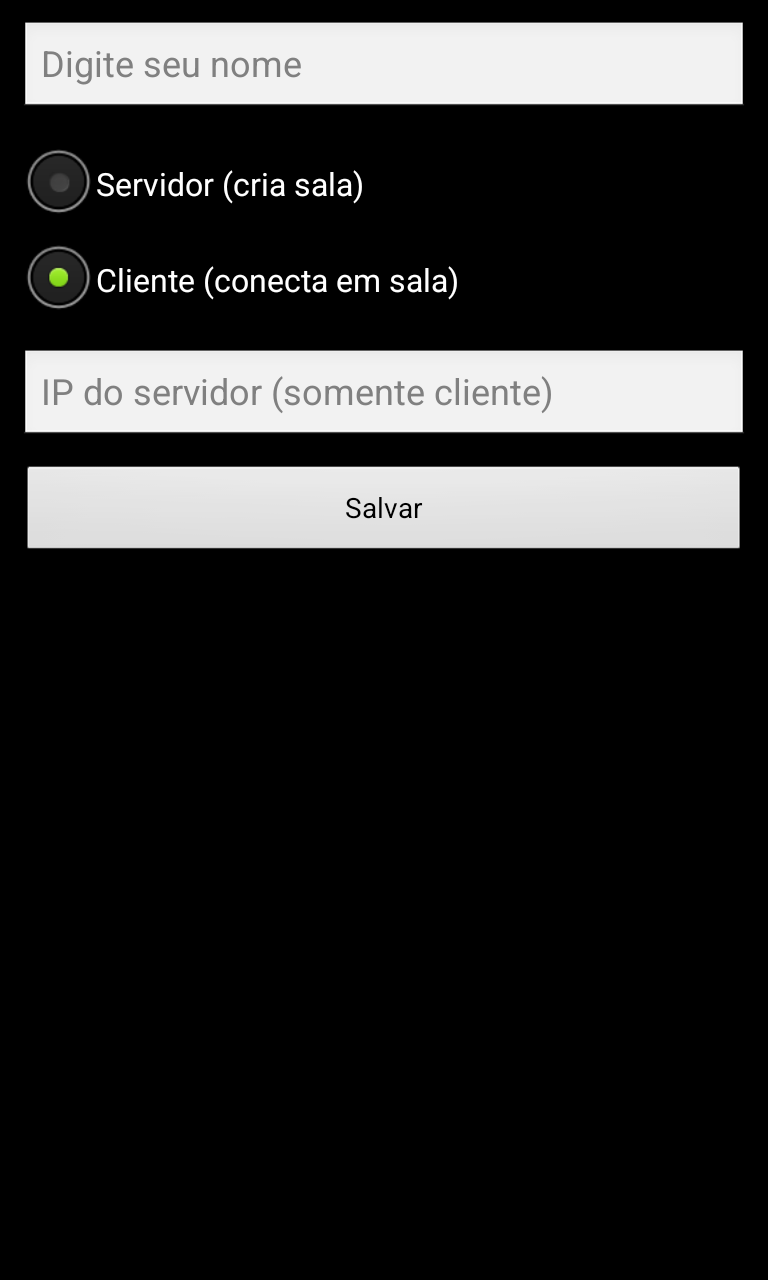
Repository: JoelmirMoura/AppMensagem
Layout: Mensagem/res/layout/config.xml
An editor plug-in stored every save of this project. The layout is shown before and after the next save, followed by the edit.
It is drawn on a 768 x 1280 px phone screen (xhdpi) without system bars, with theme android:Theme; the app's code is not run.

Above is the layout before, as saved 2026-04-27 21:51:41.

### Mensagem/res/layout/config.xml
<LinearLayout xmlns:android="http://schemas.android.com/apk/res/android"
    android:orientation="vertical"
    android:padding="10dp"
    android:layout_width="fill_parent"
    android:layout_height="fill_parent">

    <!-- NOME -->
    <EditText
        android:id="@+id/editNome"
        android:layout_width="fill_parent"
        android:layout_height="wrap_content"
        android:hint="Digite seu nome"
        android:inputType="textPersonName" />

    <!-- MODO -->
    <RadioGroup
        android:id="@+id/radioModo"
        android:layout_width="fill_parent"
        android:layout_height="wrap_content"
        android:paddingTop="10dp">

        <RadioButton
            android:id="@+id/radioServer"
            android:layout_width="wrap_content"
            android:layout_height="wrap_content"
            android:text="Servidor (cria sala)" />

        <RadioButton
            android:id="@+id/radioClient"
            android:layout_width="wrap_content"
            android:layout_height="wrap_content"
            android:text="Cliente (conecta em sala)"
            android:checked="true" />

    </RadioGroup>

    <!-- IP DO SERVIDOR -->
    <EditText
        android:id="@+id/editIp"
        android:layout_width="fill_parent"
        android:layout_height="wrap_content"
        android:hint="IP do servidor (somente cliente)"
        android:inputType="text"
        android:layout_marginTop="10dp" />

    <!-- BOTÃO -->
    <Button
        android:id="@+id/btnSalvar"
        android:layout_width="fill_parent"
        android:layout_height="wrap_content"
        android:text="Salvar"
        android:layout_marginTop="10dp" />

</LinearLayout>

After the next save:
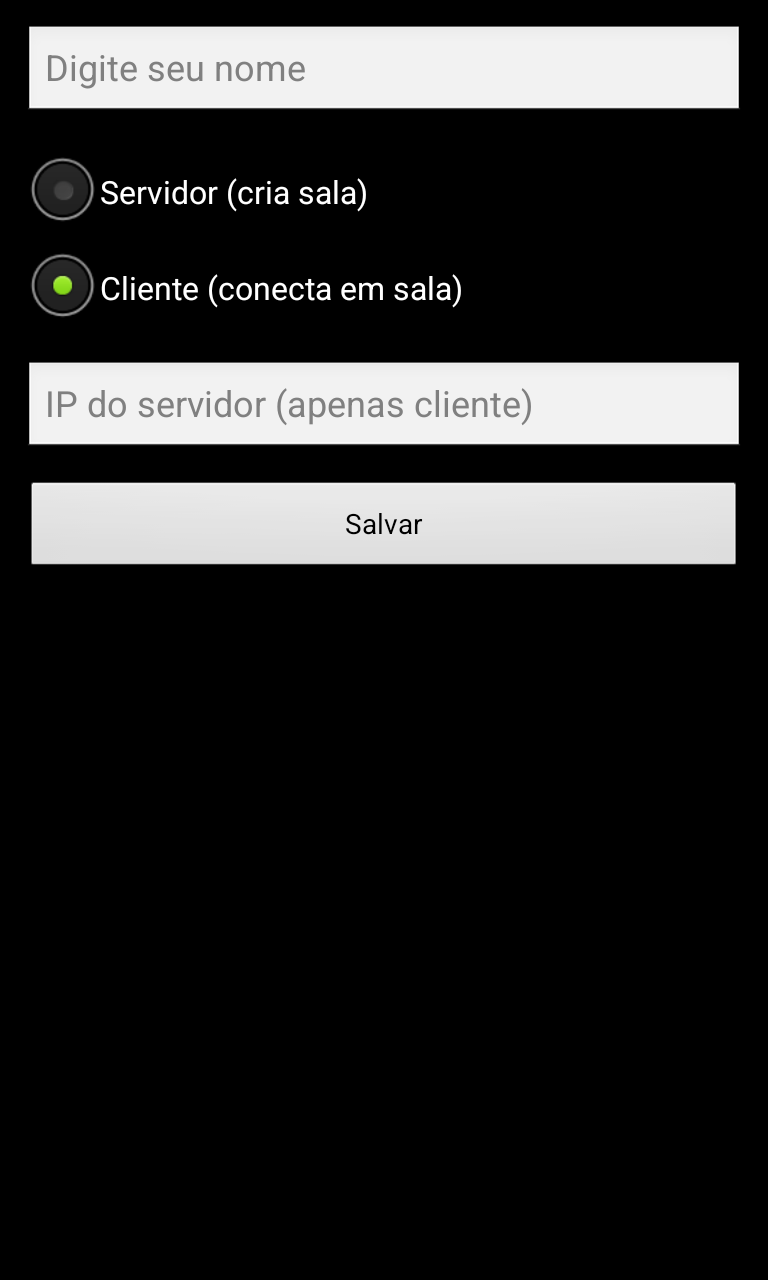
Saved 20 s later.
--- a/Mensagem/res/layout/config.xml
+++ b/Mensagem/res/layout/config.xml
@@ -1,6 +1,6 @@
 <LinearLayout xmlns:android="http://schemas.android.com/apk/res/android"
     android:orientation="vertical"
-    android:padding="10dp"
+    android:padding="12dp"
     android:layout_width="fill_parent"
     android:layout_height="fill_parent">
 
@@ -17,7 +17,7 @@
         android:id="@+id/radioModo"
         android:layout_width="fill_parent"
         android:layout_height="wrap_content"
-        android:paddingTop="10dp">
+        android:paddingTop="12dp">
 
         <RadioButton
             android:id="@+id/radioServer"
@@ -39,9 +39,11 @@
         android:id="@+id/editIp"
         android:layout_width="fill_parent"
         android:layout_height="wrap_content"
-        android:hint="IP do servidor (somente cliente)"
+        android:hint="IP do servidor (apenas cliente)"
         android:inputType="text"
-        android:layout_marginTop="10dp" />
+        android:layout_marginTop="12dp"
+        android:enabled="true"
+        android:singleLine="true" />
 
     <!-- BOTÃO -->
     <Button
@@ -49,6 +51,6 @@
         android:layout_width="fill_parent"
         android:layout_height="wrap_content"
         android:text="Salvar"
-        android:layout_marginTop="10dp" />
+        android:layout_marginTop="12dp" />
 
 </LinearLayout>
